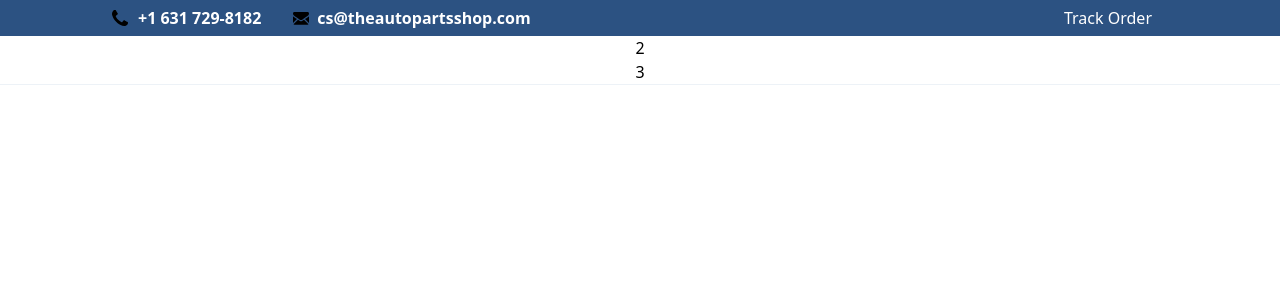
Repository: robindhimanspineor/TAPS-Next
Page: /
These files come from the project's save history. The page is drawn as it stood at one moment and after the next save; the edit follows.
The browser window is 1280 px wide. The pictures show the whole page.
The project was rebuilt for these pictures with package versions that can differ from the ones it lists, and the page was loaded fresh each time. The framework's server and built-in components were replaced by stand-ins that run in the browser. Also part of the build but not shown: next.config.js.

Above is the page before, as saved 2021-09-16 15:35:44.

After the next save:
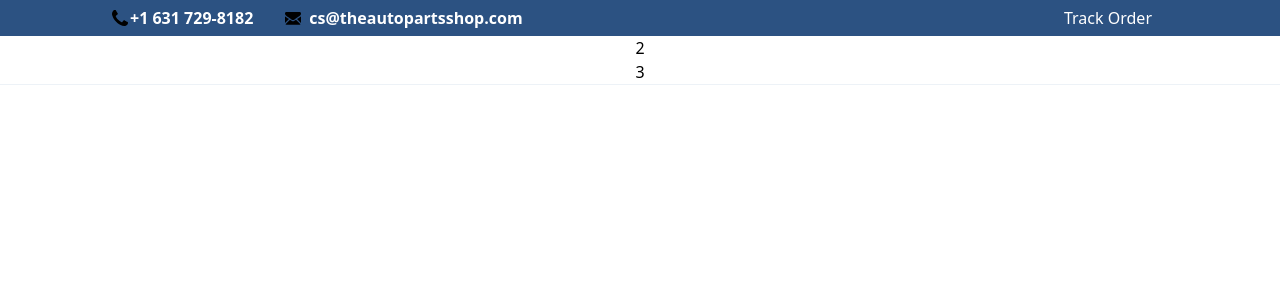
Saved 17 s later.
--- a/src/components/common/header/index.js
+++ b/src/components/common/header/index.js
@@ -8,7 +8,7 @@ const Header = () => {
         <div className="w-screen max-w-screen-xl flex justify-between">
           <div className="head-top-left flex text-white font-medium w-9/12">
             <div className="head-top-phone flex items-center text-white w-auto  font-semibold">
-              <div className="text-white h-6 w-6 flex items-center pr-2">
+              <div className="text-white h-6 w-4 flex items-center">
                 <PhoneHandle />
               </div>
               <p className="pl-0.5">+1 631 729-8182</p>
